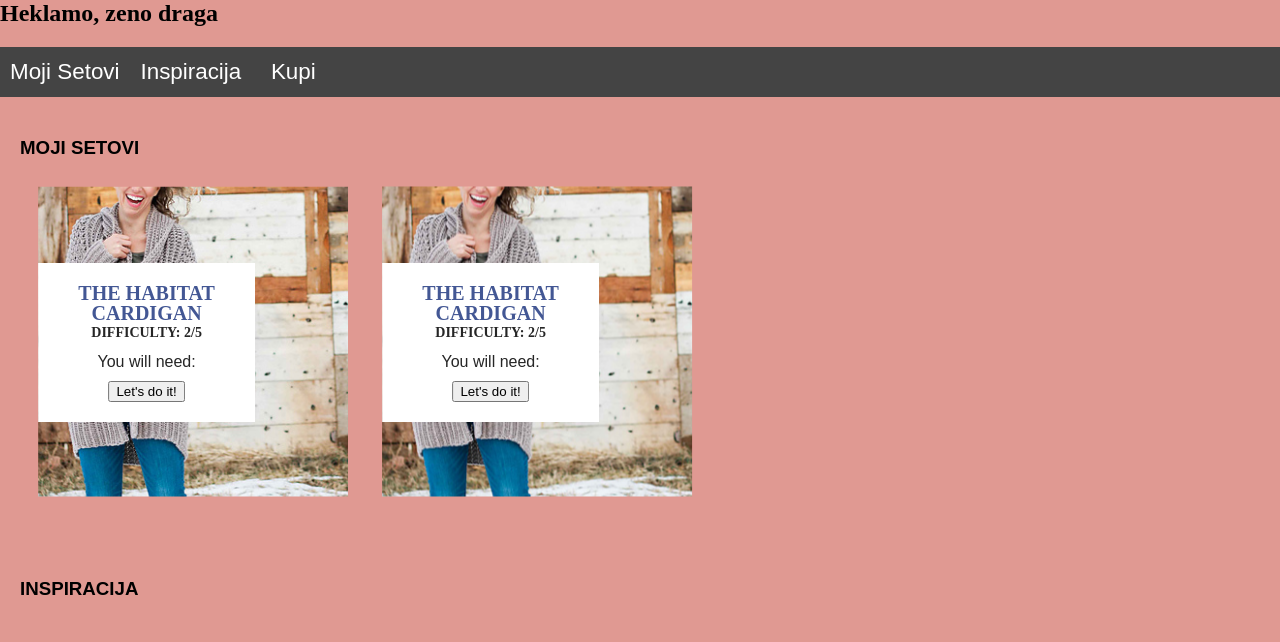
Repository: sdnc/Heklamo
Page: index.html
These files come from the project's save history. The page is drawn as it stood at one moment and after a run of saves; the edit follows.
The browser window is 1280 px wide. The pictures show the whole page.

Above is the page before, as saved 2020-12-24 14:53:11.
Console error: ReferenceError: $ is not defined

After the next 2 saves:
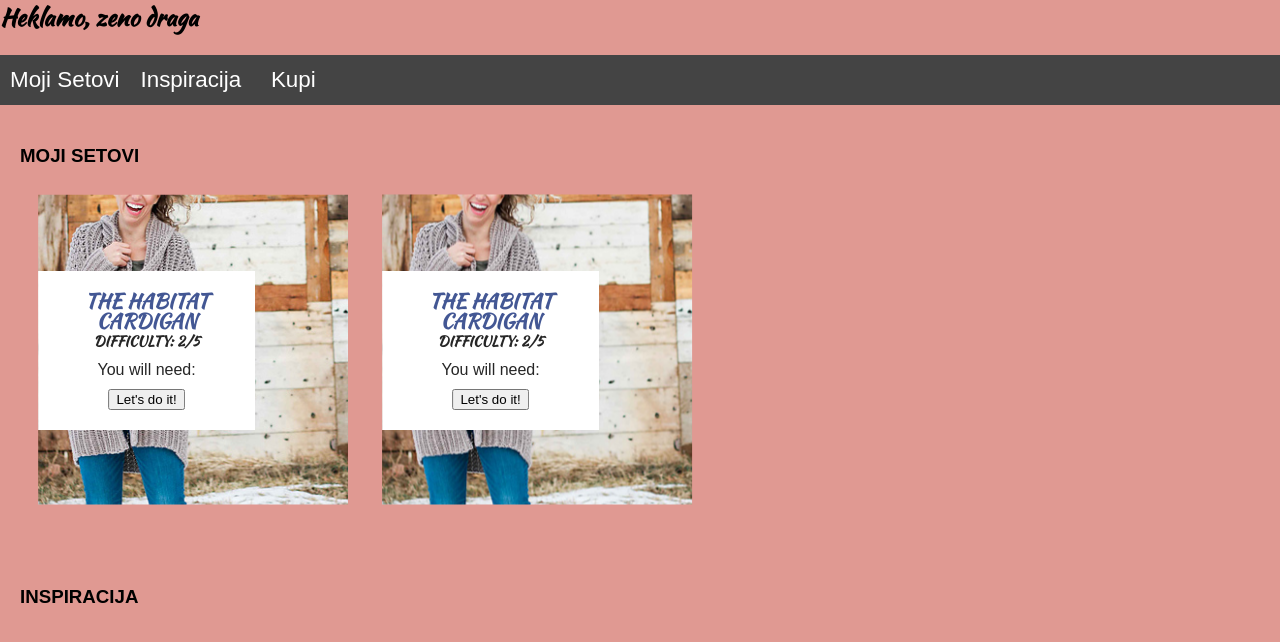
The 2 saves are shown as one change because they came seconds apart.
The last was saved 24 s later.
--- a/styles.css
+++ b/styles.css
@@ -10,7 +10,7 @@ body {
 }
 
 h1 {
-  font-family: "Kashuan Script";
+  font-family: "Kaushan Script", sans-serif;
 }
 /* NAV BAR */
 
